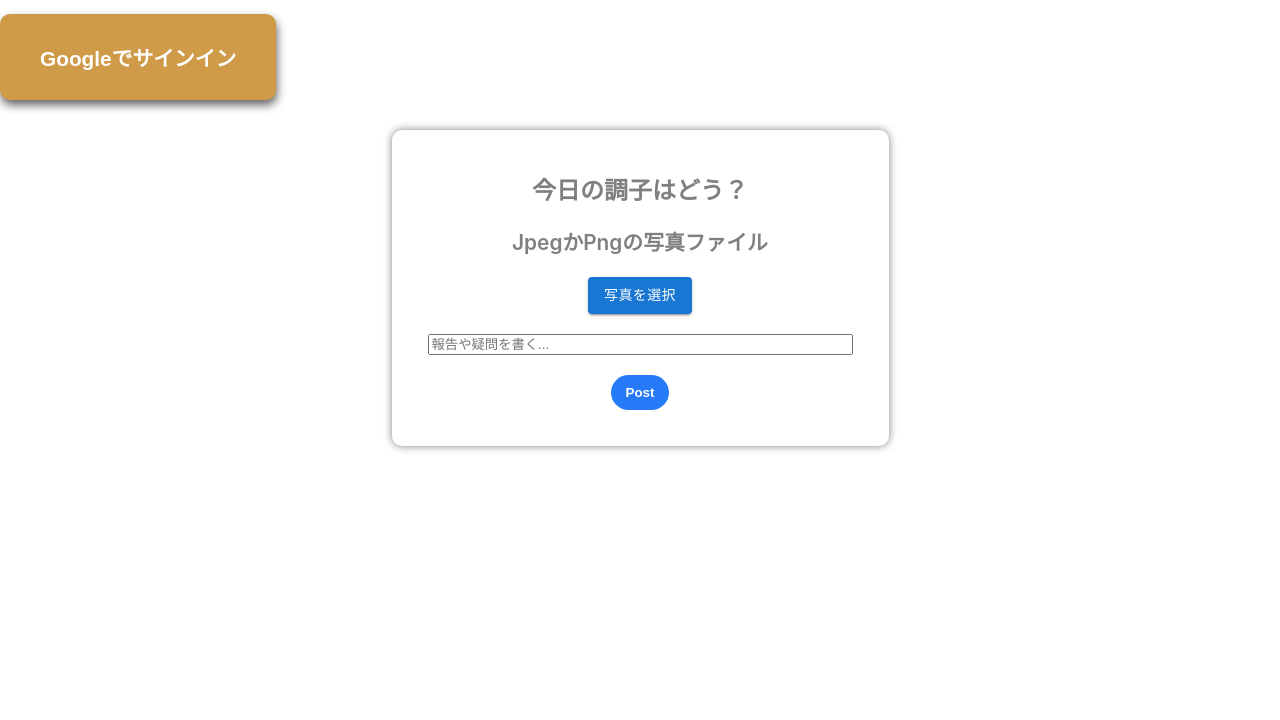
Repository: Seiya00002/seeds_surfers_react_sns
Page: /
The author's editor kept a copy of each file at every save. The page is drawn from the files as they stood at one save, then again after the next save.
The browser window is 1280 px wide. The pictures show the whole page.
The page's requests for data from a server got no answer. The project was rebuilt for these pictures with package versions that can differ from the ones it lists, and the page was loaded fresh each time. No one was signed in, and anything a server would have sent is missing. Also part of the build but not shown: src/Post.css, src/Post.tsx.

Above is the page before, as saved 2023-08-04 15:01:19.

### src/index.tsx
import React from 'react';
import ReactDOM from 'react-dom/client';
import './index.css';
import App from './App';
import Login from './Login';
import reportWebVitals from './reportWebVitals';

const root = ReactDOM.createRoot(
  document.getElementById('root') as HTMLElement
);
root.render(
  <React.StrictMode>
    <Login />
    <App />
  </React.StrictMode>
);

reportWebVitals();

### src/App.tsx
import React from 'react';
import './App.css';
import { db, storage } from './firebase';
import { useEffect, useState, useRef } from "react";
import { collection, query, orderBy, getDocs, QuerySnapshot } from "firebase/firestore";
import { doc, onSnapshot } from 'firebase/firestore';
import Post from './Post';
import PostUploader from './PostUploader';

function App() {
  const [posts, setPosts] = useState<any>([]);

  useEffect(() => {
    const q = query(collection(db, 'posts'), orderBy('timestamp', 'desc'));
    // リアルタイム表示
    const unsubscribe = onSnapshot(q, (querySnapshot) => {
      const postsData = querySnapshot.docs.map((doc) => doc.data());
      setPosts(postsData);
    });

    return () => {
      // コンポーネントがアンマウントされる際にunsubscribeを行う
      unsubscribe();
    };
  }, []);

  return(
    <div className="App">
      <PostUploader />
      {posts.map((post:any) => (
        <Post key={post.timestamp} post={post} />
      ))}
    </div>
  );
}

export default App;

### src/Login.tsx
import { signInWithPopup, getAuth, onAuthStateChanged, User } from "firebase/auth";
import React from 'react';
import { auth, provider } from './firebase';
import { useAuthState } from 'react-firebase-hooks/auth';
import { useState, useEffect} from 'react';
import './Login.css';

function Login() {
    const [user] = useAuthState(auth);

    return(
        <div>
            {user ? (
                <>
                    <UserInfo />
                    <SignOutButton />
                </>
            ) : (
                <SignInButton />
            )}
        </div>
    );
}

export default Login;

// サインインボタン
function SignInButton() {

    const signInWithGoogle = () => {
        // Firebaseを使ってサインイン
        signInWithPopup(auth, provider);
    };

    return(
        <button onClick={signInWithGoogle}>
            <p>Googleでサインイン</p>
        </button>
    )
}

// サインアウトボタン
function SignOutButton() {
    return(
        <button onClick={() => auth.signOut()}>
            <p>サインアウト</p>
        </button>
    )
}

function UserInfo(){

    const [ userInfo, setUserInfo] = useState<User | null>(null);

    useEffect(() => {
        const unsubscribeAuthStateChanged = onAuthStateChanged(auth, (user) => {
            if(user) {
                setUserInfo(user);
            } else {
                setUserInfo(null)
            }
        });

        return() => unsubscribeAuthStateChanged();
    },[]);

    if(userInfo){
        const { displayName, photoURL } = userInfo;

        return(
            <div className="userInfo">
                {photoURL && <img src={photoURL} alt="User Icon" />}
                <p>{displayName}</p>
            </div>
        )
    } else {
        return null;
    }
}

### src/App.css
.App {
  text-align: center;
  display: flex;
  justify-content: center;
  align-items: center;
  width: 100%;
  flex-flow: column;
}

### src/firebase.tsx
import { initializeApp } from "firebase/app";
import { getFirestore } from "firebase/firestore";
import { getStorage } from "firebase/storage";
import { getAuth } from "firebase/auth";
import { GoogleAuthProvider } from "firebase/auth";


const firebaseConfig = {
  apiKey: "AIzaSyDRiOj3JAcuLe6c_Ms2hhsjBCCb8lLwSGU",
  authDomain: "seeds-surfers-react-sns.firebaseapp.com",
  projectId: "seeds-surfers-react-sns",
  storageBucket: "seeds-surfers-react-sns.appspot.com",
  messagingSenderId: "1087322797942",
  appId: "1:1087322797942:web:be61f4173bd538ec6e2c57"
};

const app = initializeApp(firebaseConfig);

export const storage = getStorage(app);
export const db = getFirestore(app);
export const auth = getAuth();
export const provider = new GoogleAuthProvider();

### src/PostUploader.tsx
import React, { useState}  from "react";
import ImageLogo from "./image.svg";
import "./PostUploader.css";
import { Button } from '@mui/material';
import { db, storage } from "./firebase";
import { ref, uploadBytesResumable, getDownloadURL } from "firebase/storage";
import firebase from "firebase/app";
import "firebase/firestore";
import { addDoc, collection, serverTimestamp } from "firebase/firestore";
import Post from "./Post";


function PostUploader() {
  const [loading, setLoading] = useState<boolean>(false);
  const [isUpLoaded, setUploaded] = useState<boolean>(false);
  const [text, setText] = useState<string>("");
  const [fileUrl, setFileUrl] = useState<any>("");

  const OnFileUploadToFirebase = (e:any) => {
        const file = e.target.files[0];
        const storageRef = ref(storage, 'image/' + file.name);
        const uploadImage = uploadBytesResumable(storageRef, file);

        setLoading(true);

        uploadImage.then((snapshot) => {
          setLoading(false);
          setUploaded(true);
          return getDownloadURL(snapshot.ref);
        })
        .then((url) => {
          setFileUrl(url);
        })
        .catch((error: any) => {
          setLoading(false);
          console.error("画像のアップロードに失敗しました。:", error);
        });
  };

  const onTextUploadToFirebase = () => {
    addDoc(collection(db, "posts"), {
      text:text,
      imageUrl:fileUrl,
      timestamp: serverTimestamp(),
    })
    .then(()=>{
      console.log("投稿が完了しました！");
      setText("");
      setFileUrl("");
      setUploaded(false);
    })
    .catch((error: any) => {
      console.error("エラーが発生しました。:",error);
    });
  };

  return (
    <>
      {loading ?(
        <h2>画像アップロード中・・・</h2>
      ) : (
        <>
          {isUpLoaded ? (
            <>
              <div className="outerBox">
                <h2>画像アップロード完了しました！</h2>

                <form id="post">
                  <label>
                    <input
                      type="text"
                      placeholder="報告や疑問を書く..."
                      size={50}
                      maxLength={500}
                      value={text}
                      onChange={e => setText(e.target.value)}
                    />
                  </label>
                  </form>
                  <input
                    type="button"
                    form="post"
                    value="Post"
                    onClick={onTextUploadToFirebase}
                  />
              </div>
            </>
            ) : (
              <div className="outerBox">
                <div className="title">
                  <h2>今日の調子はどう？</h2>
                  <p>JpegかPngの写真ファイル</p>
                </div>
                {/* <div className="imageUplodeBox">
                  <div className="imageLogoAndText">
                    <img src={ImageLogo} alt="imagelogo" />
                    <p>ここにドラッグ＆ドロップしてね</p>
                  </div>
                  <input
                  className="imageUploadInput"
                  multiple name="imageURL"
                  type="file"
                  accept=".png, .jpeg, .jpg"
                  onChange={OnFileUploadToFirebase}
                  />
                </div> */}
                {/* <p>または</p> */}
                <Button variant="contained">
                  写真を選択
                  <input
                  className="imageUploadInput"
                  type="file"
                  accept=".png, .jpeg, .jpg"
                  onChange={OnFileUploadToFirebase}
                  />
                </Button>
                <form id="post">
                  <label>
                    <input
                      type="text"
                      placeholder="報告や疑問を書く..."
                      className="textPost"
                      size={50}
                      maxLength={500}
                      value={text}
                      onChange={e => setText(e.target.value)}
                    />
                  </label>
                  </form>
                  <input
                    type="button"
                    className="textUploadInput"
                    form="post"
                    value="Post"
                    onClick={onTextUploadToFirebase}
                  />
              </div>
            )
          }
        </>
      )}
    </>
  );
};

export default PostUploader;

### src/Login.css
.userInfo {
    text-align: center;
    margin-top: 15rem;
  }

  p {
    font-size: 1.3rem;
    font-weight: 600;
  }

  h1 {
    font-size: 3rem;
  }

  img {
    border-radius: 50%;
    width: 150px;
    height: 150px;
  }

  button {
    margin-top: 14px;
    padding: 7px 40px;
    border: none;
    border-radius: 10px;
    box-shadow: 1px 5px 10px #626262;
    cursor: pointer;
    background-color: #cf9b48;
    color: white;
    font-weight: 800;
    font-size: 1.2rem;
  }

### src/PostUploader.css
.outerBox {
    margin: 30px 0;
    display: flex;
    flex-direction: column;
    align-items: center;
    justify-content: center;
    text-align: center;
    border: none;
    padding: 36px;
    border-radius: 10px;
    box-shadow: 0px 0px 8px gray;
    color: gray;
  }

  .outerBox h2 {
    font-weight: 600;
    margin-top: 5px;
  }

  .imageUplodeBox {
    border: 2px dashed #2d6395;
    padding: 35px 60px;
    position: relative;
  }

  .imageLogoAndText p {
    margin-bottom: 0px;
  }

  .imageUploadInput {
    opacity: 0;
    position: absolute;
    top: 0;
    left: 0;
    width: 100%;
    height: 100%;
    cursor: pointer;
  }

  .textPost {
    margin: 20px 0;
  }

  .textUploadInput {
    border-radius: 50px;
    border: none;
    background-color: #267af7;
    color: white;
    padding: 10px 15px;
    cursor: pointer;
    font-weight: 600;
  }

Loaded but not shown: public/index.html (common file); src/index.css (common file); src/reportWebVitals.ts (common file)

After the next save:
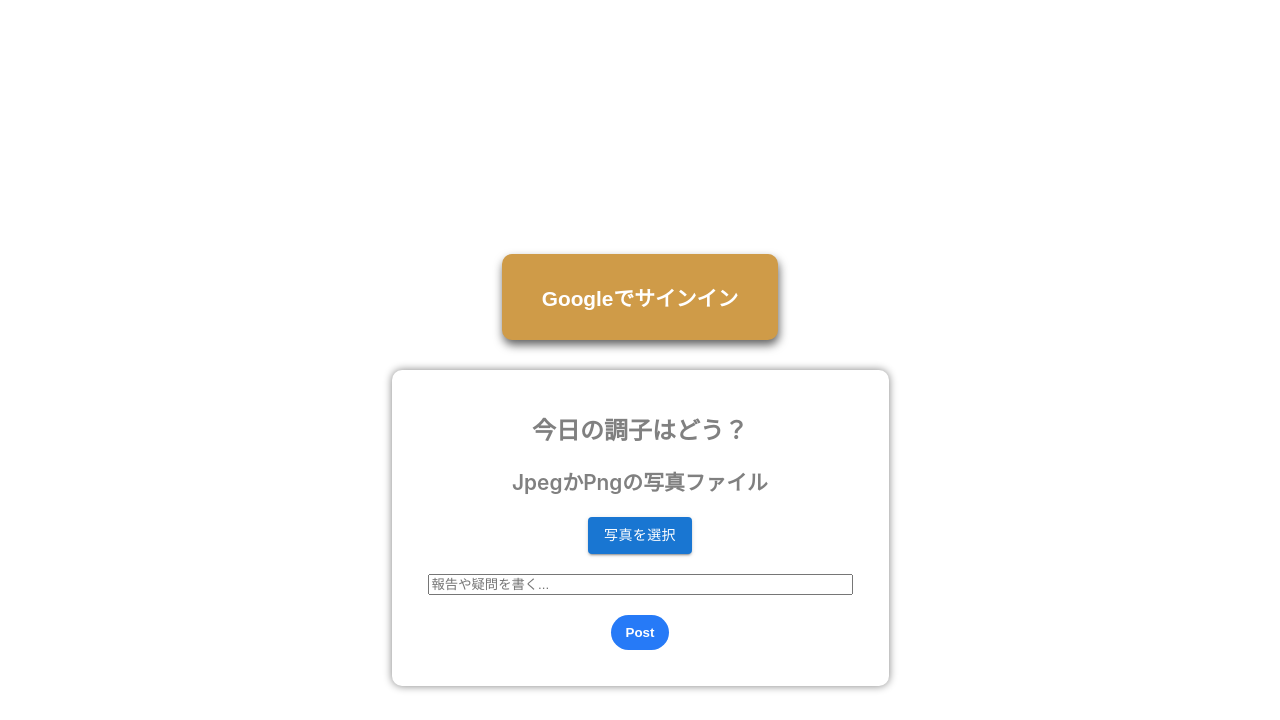
Saved 77 s later.
--- a/src/Login.tsx
+++ b/src/Login.tsx
@@ -9,7 +9,7 @@ function Login() {
     const [user] = useAuthState(auth);
 
     return(
-        <div>
+        <div className="userInfo">
             {user ? (
                 <>
                     <UserInfo />
@@ -68,7 +68,7 @@ function UserInfo(){
         const { displayName, photoURL } = userInfo;
 
         return(
-            <div className="userInfo">
+            <div>
                 {photoURL && <img src={photoURL} alt="User Icon" />}
                 <p>{displayName}</p>
             </div>
